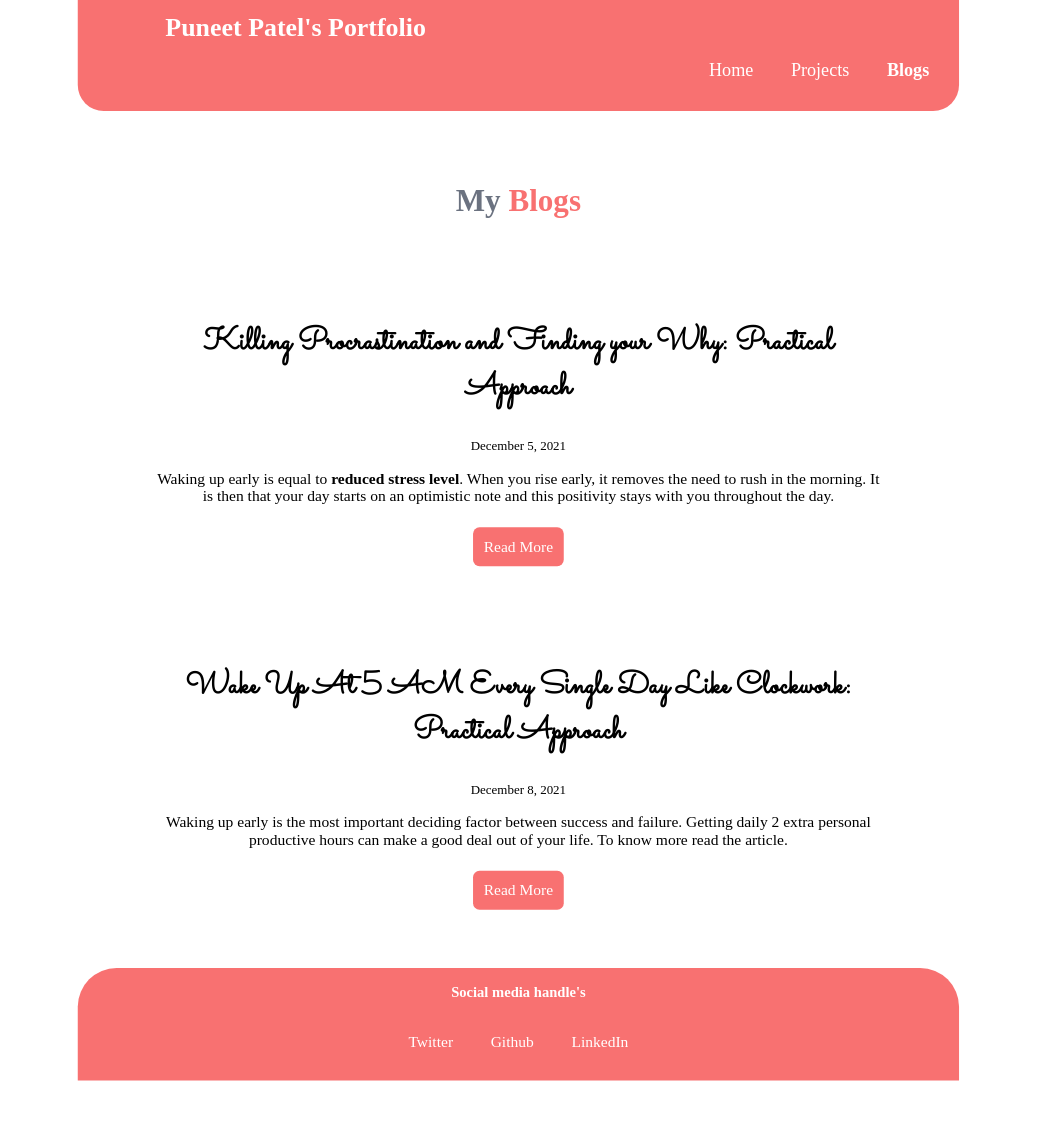
Repository: PuneetP16/Portfolio
Page: blogs.html
An editor plug-in stored every save of this project. The page is shown before and after the next save, followed by the edit.
The browser window is 1280 px wide. The pictures show the whole page, at 81% of full size.
Some web fonts or font styles are not loaded; a fallback is used.

Above is the page before, as saved 2021-12-10 02:28:54.

### blogs.html
<!DOCTYPE html>
<html lang="en">

<head>
  <meta charset="UTF-8" />
  <meta name="viewport" content="width=device-width, initial-scale=1.0" />
  <title>Blogs | Puneet Patel's Portfolio</title>
  <link rel="stylesheet" href="style.css" />
</head>

<body>
  <nav class="navigation">
    <div class="nav-head">
      <a class="link-without-decoration" href="/"> Puneet Patel's Portfolio </a>
    </div>
    <ul class="list-non-bullet nav-pills">
      <li class="list-item-inline">
        <a class="link" href="/">Home</a>
      </li>
      <li class="list-item-inline">
        <a class="link" href="projects.html">Projects</a>
      </li>
      <li class="list-item-inline">
        <a class="link link-active" href="blogs.html">Blogs</a>
      </li>
    </ul>
  </nav>

  <header class="hero">
    <h1 class="hero-heading">My <span>Blogs</span></h1>
  </header>

  <ul class="list-non-bullet">
    <li>
      <article class="list-item-container container container-center">
        <h1>Killing Procrastination and Finding your Why: Practical Approach</h1>
        <small>December 5, 2021</small>
        <p>
          Waking up early is equal to <strong>reduced stress level</strong>. When you rise early, it removes the need to rush in the morning. It is then that your day starts on an optimistic note and this positivity stays with you throughout the day.
        </p>
        <a class="link link-primary" href="killing_procrastination.html" target="_blank">Read More</a>
      </article>
    </li>

    <li>
      <article class="list-item-container container container-center">
        <h1>Wake Up At 5 AM Every Single Day Like Clockwork: Practical Approach </h1>
        <small>December 8, 2021</small>
        <p>
          Waking up early is the most important deciding factor between success and failure. Getting daily 2 extra personal productive hours can make a good deal out of your life. To know more read the article.
        </p>
        <a class="link link-primary" href="Wake Up At 5 AM Every Single Day Like Clockwork.html" target="_blank">Read More</a>
      </article>
    </li>
  </ul>

  <footer class="footer">
    <div class="footer-header">Social media handle's</div>
    <ul class="social-links list-non-bullet">
      <li class="list-item-inline">
        <a class="link" href="https://twitter.com/PatelPuneet16" target="_blank">Twitter</a>
      </li>
      <li class="list-item-inline">
        <a class="link" href="https://github.com/PuneetP16" target="_blank">Github</a>
      </li>
      <li class="list-item-inline">
        <a class="link" href="https://www.linkedin.com/in/puneet-patel-96b607a0/" target="_blank">LinkedIn</a>
      </li>
    </ul>
  </footer>
</body>

</html>

### style.css
@import url('https://fonts.googleapis.com/css2?family=Fuzzy+Bubbles&family=Merriweather&family=Montserrat:ital,wght@0,400;1,500&family=Sacramento&display=swap');

:root {
  --primary-color: #F87171;
  --off-white: #f3f4f6;
  --dark-gray: #6b7280;
}

body {
  font-family: 'Fuzzy Bubbles', cursive;
  max-width: 85%;
  margin: 0px auto;
  font-size: 1.2rem;
}

.container {
  padding-left: 1rem;
  padding-right: 1rem;
}

.container-center {
  max-width: 900px;
  width: 100%;
  margin: auto;
}

.container-center h1 {
  font-family: 'Sacramento', cursive;
  font-size: 2.4rem;
}

hr {
  margin: 2rem 0;
}

/** links **/
.link {
  text-decoration: none;
  border-radius: 0.5rem;
  padding: 0.8rem 0.8rem;
  margin-top: 0.5rem;
  margin-bottom: 0.5rem;
  display: inline-block;
}

.link-primary {
  background-color: var(--primary-color);
  color: white;
}

.link-secondary {
  border: 1px solid var(--primary-color);
  color: var(--primary-color);
}

.link-without-decoration {
  display: block;
  text-decoration: none;
  color: white;
  font-size: 2rem;
  margin: auto;
  text-align: center;
  padding-right: 550px;
}

/** Lists **/
.list-non-bullet {
  list-style: none;
  padding-inline-start: 0px;
  margin-block-end: 0px;
}

.list-item-inline {
  display: inline;
  padding: 0rem 0.5rem;
}

.list-item-container {
  padding: 1rem;
  text-align: center;
  border-radius: 1rem;
  margin-top: 1rem;
  margin-bottom: 3rem;
}

/** Navigation **/
.navigation {
  background-color: var(--primary-color);
  color: white;
  padding: 1rem;
  margin-bottom: 2rem;
  border-bottom-left-radius: 2rem;
  border-bottom-right-radius: 2rem;
}

.navigation .nav-head {
  font-weight: bold;
  font-size: 1.2rem;
}

.navigation .nav-pills {
  text-align: right;
  margin-top: 0px;
}

.navigation .link {
  color: white;
  font-size: 1.4rem;
}

.navigation .link-active {
  font-weight: bold;
}

/** Header **/
.hero {
  padding: 2rem;
}

.hero .hero-img {
  max-width: 450px;
  display: block;
  margin: auto;
}

.hero .hero-heading {
  color: var(--dark-gray);
  text-align: center;
}

.hero .hero-heading span {
  color: var(--primary-color);
}
/** Sections **/

.section {
  margin-top: 2rem;
  padding: 2rem;
  border-radius: 1rem;
  text-align: center;
}

.section p {
  font-size: 1.2rem;
}

.ow {
  background-color: var(--off-white);
}

/** Footer **/
.footer {
  background-color: var(--primary-color);
  color: white;
  margin-top: 2rem;
  padding: 2rem;
  padding-top: 20px;
  padding-bottom: 16px;
  border-top-right-radius: 1rem;
  text-align: center;
  border-top-left-radius: 3rem;
  border-top-right-radius: 3rem;
}

.footer .footer-header {
  font-weight: bold;
  font-size: large;
}

.footer .link {
  color: white;
}

.footer .social-links {
  padding-inline-start: 0px;
  margin-top: 8 px;
}

/** Blog Styling **/

.blog-container {
  padding-left: 1rem;
  padding-right: 1rem;
}

.blog-container-center {
  max-width: 700px;
  width: 100%;
  margin: auto;
}

div .blog-paragraph {
  margin-top: 2rem;
  margin-bottom: 2rem;
  line-height: 1.6;
}

div .blog-h2 {
  margin-top: 2rem;
  margin-bottom: 2rem;
}

div .blog-img {
  width: 100%;
  display: block;
}

div .blog-head {
  padding: 1rem;
}

/** blog footer **/

.blog-footer {
  color: Black;
  margin-top: 2rem;
  padding: 2rem;
  border-top-right-radius: 1rem;
  text-align: center;
}

.blog-footer .link {
  color: blue;
}

.main-head {
  font-weight: normal;
  margin-bottom: 0.5rem;
}

.quotes {
  text-align: center;
  font-size: 1.6rem;
  color:darkcyan;
}

.contact-me {
  background-color:#FEE2E2;
  padding: 0.05rem 0.5rem 2rem 0.5rem;
  border-radius: 1rem;
  font-size: 1.13rem;
}


.contact-me .btn{
  /* text-align: center;
  width: auto; */
  border-radius: 15px;
  font-size: 20px;
  font-weight: 600;
  background-color: var(--primary-color);
  color: white;
  padding: 10px 30px;
  border: 2px solid #000000;
  margin: auto;
  margin-top: 1rem;
  cursor: pointer;
  max-width: 85%;
}

.contact-me .btn:hover{
  background-color: #5FA8D3;
  color: #1B4965;
}

After the next save:
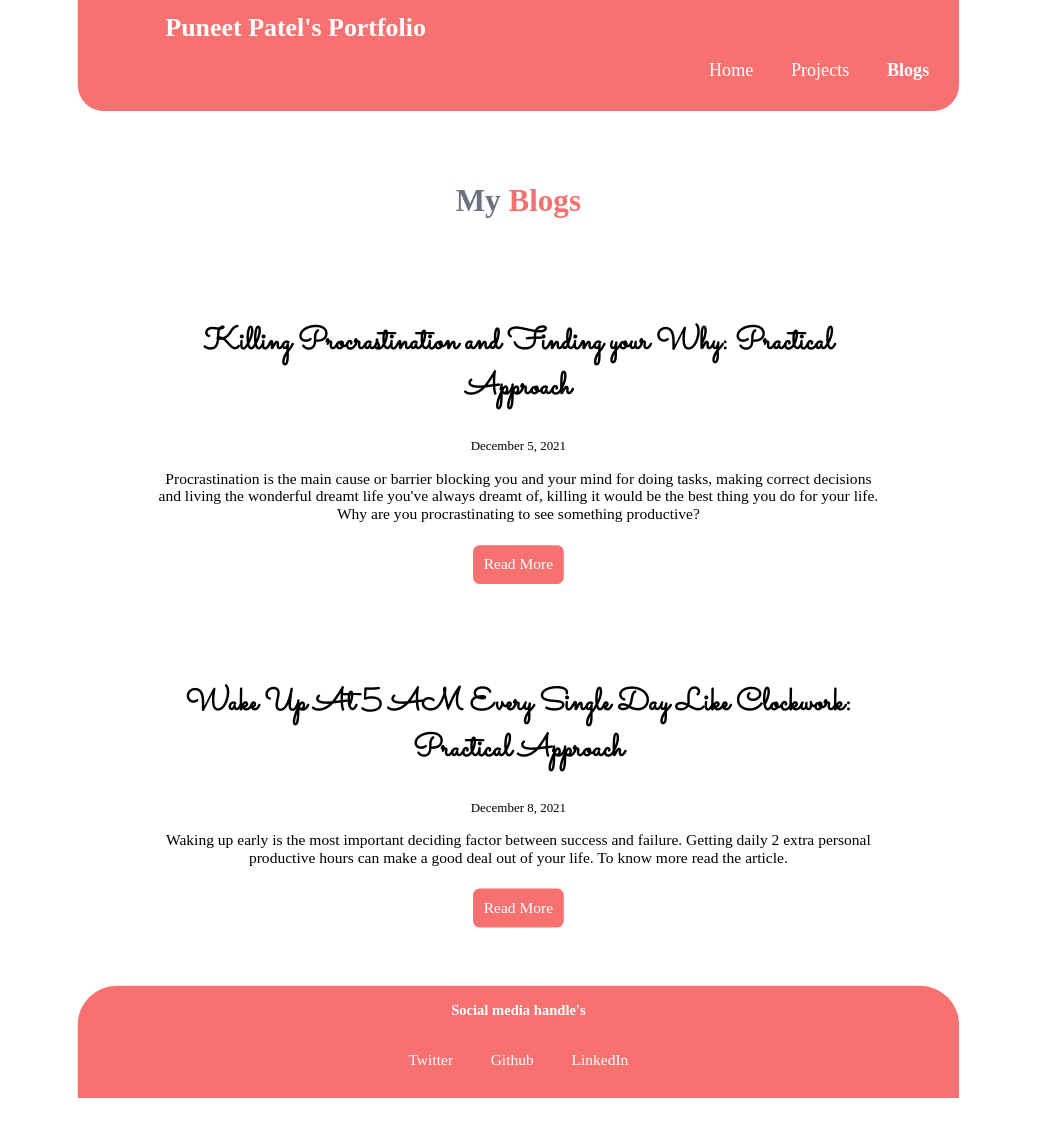
Saved 30 s later.
--- a/blogs.html
+++ b/blogs.html
@@ -36,7 +36,7 @@
         <h1>Killing Procrastination and Finding your Why: Practical Approach</h1>
         <small>December 5, 2021</small>
         <p>
-          Waking up early is equal to <strong>reduced stress level</strong>. When you rise early, it removes the need to rush in the morning. It is then that your day starts on an optimistic note and this positivity stays with you throughout the day.
+          Procrastination is the main cause or barrier blocking you and your mind for doing tasks, making correct decisions and living the wonderful dreamt life you've always dreamt of, killing it would be the best thing you do for your life. Why are you procrastinating to see something productive?
         </p>
         <a class="link link-primary" href="killing_procrastination.html" target="_blank">Read More</a>
       </article>
